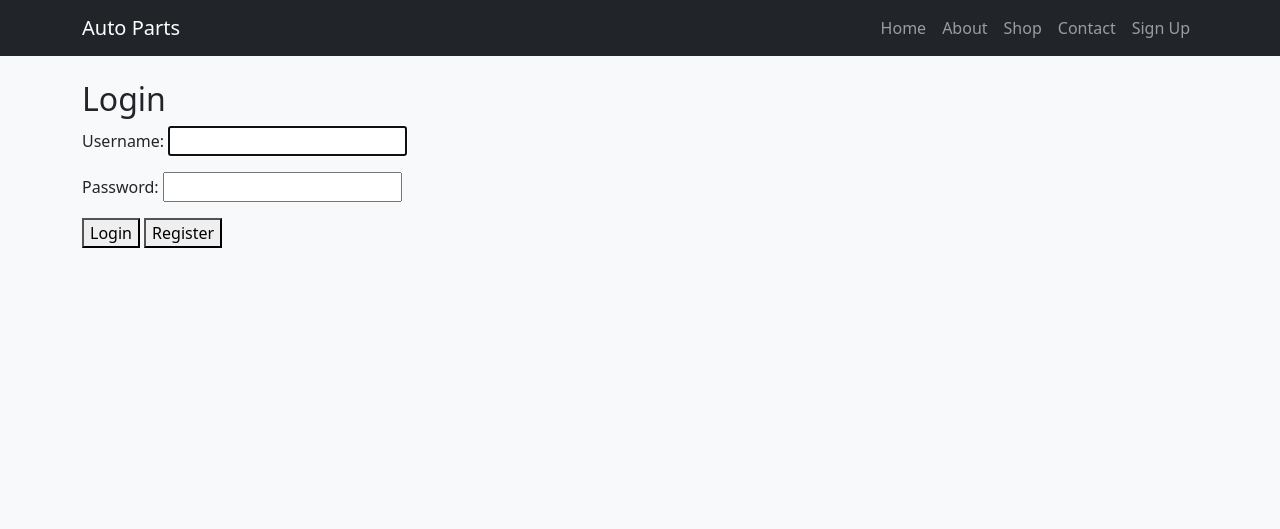
Repository: Jijiluzana225/onlineparts
Page: http://localhost/login/
These files come from the project's save history. The page is drawn as it stood at one moment and after the next save; the edit follows.
The browser window is 1280 px wide. The pictures show the whole page.
The page is served by the project's application, run on Django 5.2 (manage.py). Other server files are loaded and not shown.

Above is the page before, as saved 2025-02-19 12:14:59.

### orders/templates/orders/login.html
{% extends 'orders/landing.html' %}
{% block content %}
<h2>Login</h2>
<form method="post">
    {% csrf_token %}
    {{ form.as_p }}
    <button type="submit">Login</button>
    <button type="submit">Register</button>
</form>
{% endblock %}

### orders/templates/orders/landing.html
<!DOCTYPE html>
<html lang="en">
<head>
    <meta charset="UTF-8">
    <meta name="viewport" content="width=device-width, initial-scale=1">
    <title>{% block title %}Landing Page{% endblock %}</title>
    <link href="https://cdn.jsdelivr.net/npm/bootstrap@5.3.0/dist/css/bootstrap.min.css" rel="stylesheet">
    <style>
        body {
            background-color: #f8f9fa;
        }
        .hero {
            height: 80vh;
            display: flex;
            align-items: center;
            justify-content: center;
            text-align: center;
            background: url('https://source.unsplash.com/1600x900/?car,parts') no-repeat center center/cover;
            color: white;
        }
        .hero-overlay {
            background: rgba(0, 0, 0, 0.5);
            padding: 50px;
            border-radius: 10px;
        }
        .btn-custom {
            background-color: #ff6f00;
            color: white;
            border-radius: 30px;
            padding: 10px 20px;
        }
        .btn-custom:hover {
            background-color: #e65c00;
        }
    </style>
    {% block extra_css %}{% endblock %}
</head>
<body>

    <!-- Navbar -->
    <!-- Navbar -->
<nav class="navbar navbar-expand-lg navbar-dark bg-dark">
    <div class="container">
        <a class="navbar-brand" href="{% url 'home' %}">Auto Parts</a>
        <button class="navbar-toggler" type="button" data-bs-toggle="collapse" data-bs-target="#navbarNav">
            <span class="navbar-toggler-icon"></span>
        </button>
        <div class="collapse navbar-collapse" id="navbarNav">
            <ul class="navbar-nav ms-auto">
                <li class="nav-item"><a class="nav-link" href="{% url 'home' %}">Home</a></li>
                <li class="nav-item"><a class="nav-link" href="#">About</a></li>
                <li class="nav-item"><a class="nav-link" href="#">Shop</a></li>
                <li class="nav-item"><a class="nav-link" href="#">Contact</a></li>

                {% if user.is_authenticated %}
                    <li class="nav-item dropdown">
                        <a class="nav-link dropdown-toggle" href="#" id="userDropdown" role="button" data-bs-toggle="dropdown">
                            {{ user.username }}
                        </a>
                        <ul class="dropdown-menu">
                            <li><a class="dropdown-item" href="#">Profile</a></li>
                            <li>
                                <form method="post" action="{% url 'logout' %}">
                                    {% csrf_token %}
                                    <button type="submit" class="dropdown-item">Logout</button>
                                </form>
                            </li>
                        </ul>
                    </li>
                {% else %}
                    <li class="nav-item"><a class="nav-link btn btn-secondary" href="{% url 'register' %}">Sign Up</a></li>
                {% endif %}
            </ul>
        </div>
    </div>
</nav>


    <!-- Main Content -->
    <main class="container mt-4">
        {% block content %}
        {% endblock %}
    </main>

    <!-- Bootstrap JS -->
    <script src="https://cdn.jsdelivr.net/npm/bootstrap@5.3.0/dist/js/bootstrap.bundle.min.js"></script>
    {% block extra_js %}{% endblock %}
</body>
</html>

### Onlinespareparts/urls.py
from django.contrib import admin
from django.urls import path, include

urlpatterns = [
    path('admin/', admin.site.urls),
    path('', include('orders.urls')),
]

### orders/urls.py
from django.urls import path
from .views import *
from django.contrib.auth import views as auth_views


urlpatterns = [
    path('register/', register, name='register'),
    path('login/', auth_views.LoginView.as_view(template_name='orders/login.html'), name='login'),
    path('logout/', auth_views.LogoutView.as_view(next_page='login'), name='logout'),
    path('', landing_page, name='home'),  # This makes the landing page accessible at "/"
]

After the next save:
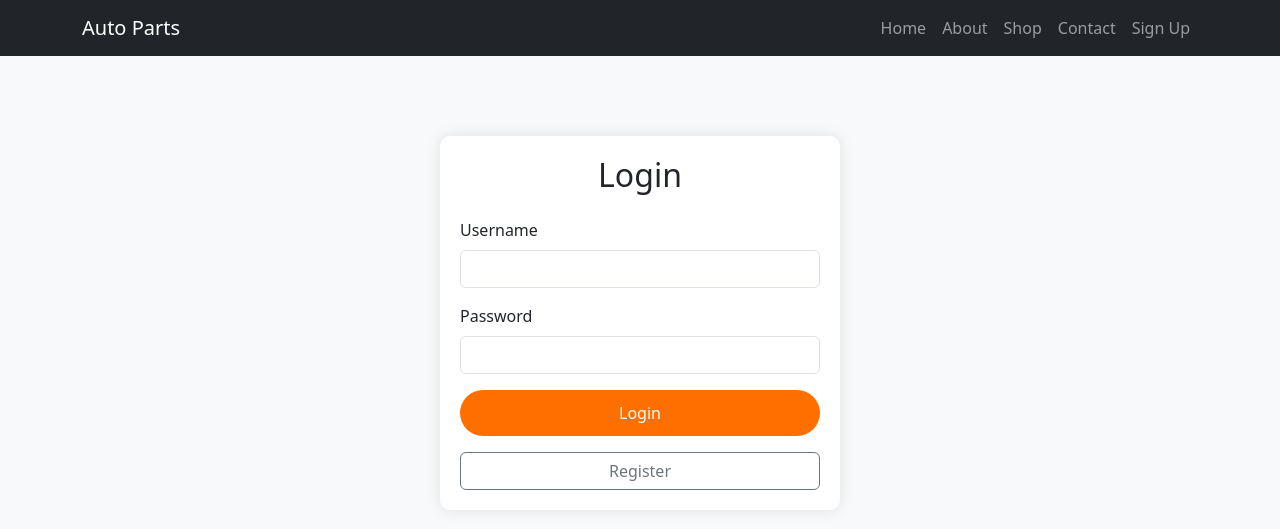
Saved 53 s later.
--- a/orders/templates/orders/login.html
+++ b/orders/templates/orders/login.html
@@ -1,10 +1,62 @@
 {% extends 'orders/landing.html' %}
+
 {% block content %}
-<h2>Login</h2>
-<form method="post">
-    {% csrf_token %}
-    {{ form.as_p }}
-    <button type="submit">Login</button>
-    <button type="submit">Register</button>
-</form>
+<!DOCTYPE html>
+<html lang="en">
+<head>
+    <meta charset="UTF-8">
+    <meta name="viewport" content="width=device-width, initial-scale=1">
+    <title>Login</title>
+    <link href="https://cdn.jsdelivr.net/npm/bootstrap@5.3.0/dist/css/bootstrap.min.css" rel="stylesheet">
+    <style>
+        body {
+            background-color: #f8f9fa;
+        }
+        .login-container {
+            max-width: 400px;
+            margin: 80px auto;
+            padding: 20px;
+            background: white;
+            border-radius: 10px;
+            box-shadow: 0px 0px 15px rgba(0, 0, 0, 0.1);
+        }
+        .btn-custom {
+            background-color: #ff6f00;
+            color: white;
+            border-radius: 30px;
+            width: 100%;
+            padding: 10px;
+            font-size: 16px;
+        }
+        .btn-custom:hover {
+            background-color: #e65c00;
+        }
+    </style>
+</head>
+<body>
+
+<div class="container">
+    <div class="login-container">
+        <h2 class="text-center mb-4">Login</h2>
+        <form method="post">
+            {% csrf_token %}
+            <div class="mb-3">
+                <label for="id_username" class="form-label">Username</label>
+                <input type="text" name="username" class="form-control" id="id_username" required>
+            </div>
+            <div class="mb-3">
+                <label for="id_password" class="form-label">Password</label>
+                <input type="password" name="password" class="form-control" id="id_password" required>
+            </div>
+            <button type="submit" class="btn btn-custom">Login</button>
+        </form>
+        <div class="text-center mt-3">
+            <a href="{% url 'register' %}" class="btn btn-outline-secondary w-100">Register</a>
+        </div>
+    </div>
+</div>
+
+<script src="https://cdn.jsdelivr.net/npm/bootstrap@5.3.0/dist/js/bootstrap.bundle.min.js"></script>
+</body>
+</html>
 {% endblock %}
